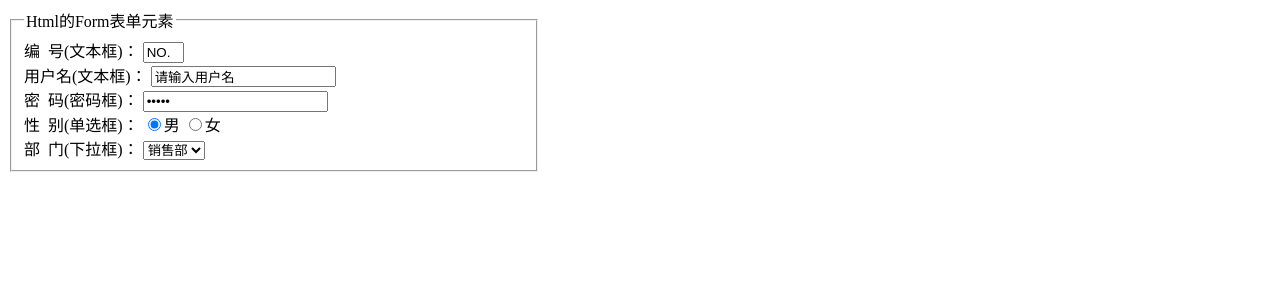
Repository: frankstar007/java
Page: http://localhost/Servlet_Study/request_form1.jsp
The author's editor kept a copy of each file at every save. The page is drawn from the files as they stood at one save, then again after the next save.
The browser window is 1280 px wide. The pictures show the whole page.
The page is served by Tomcat 9. Nobody is signed in. The application's start-up code is not run.

Above is the page before, as saved 2016-05-01 02:39:37.

After the next save:
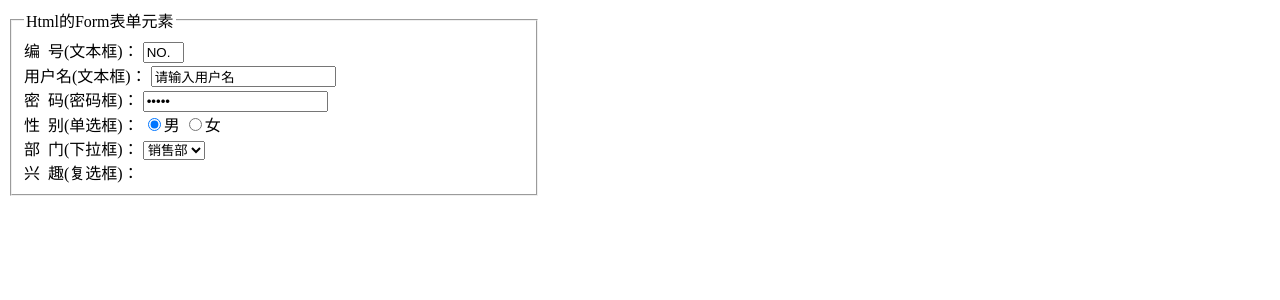
Saved 24 s later.
--- a/Servlet_Study/WebContent/request_form1.jsp
+++ b/Servlet_Study/WebContent/request_form1.jsp
@@ -24,7 +24,7 @@
 		<option value="销售部" selected>销售部</option>
 		<option value="财务部">财务部</option>
 	</select><br>
-
+	兴&nbsp;&nbsp;趣(复选框)：
 
 
 	</form>
